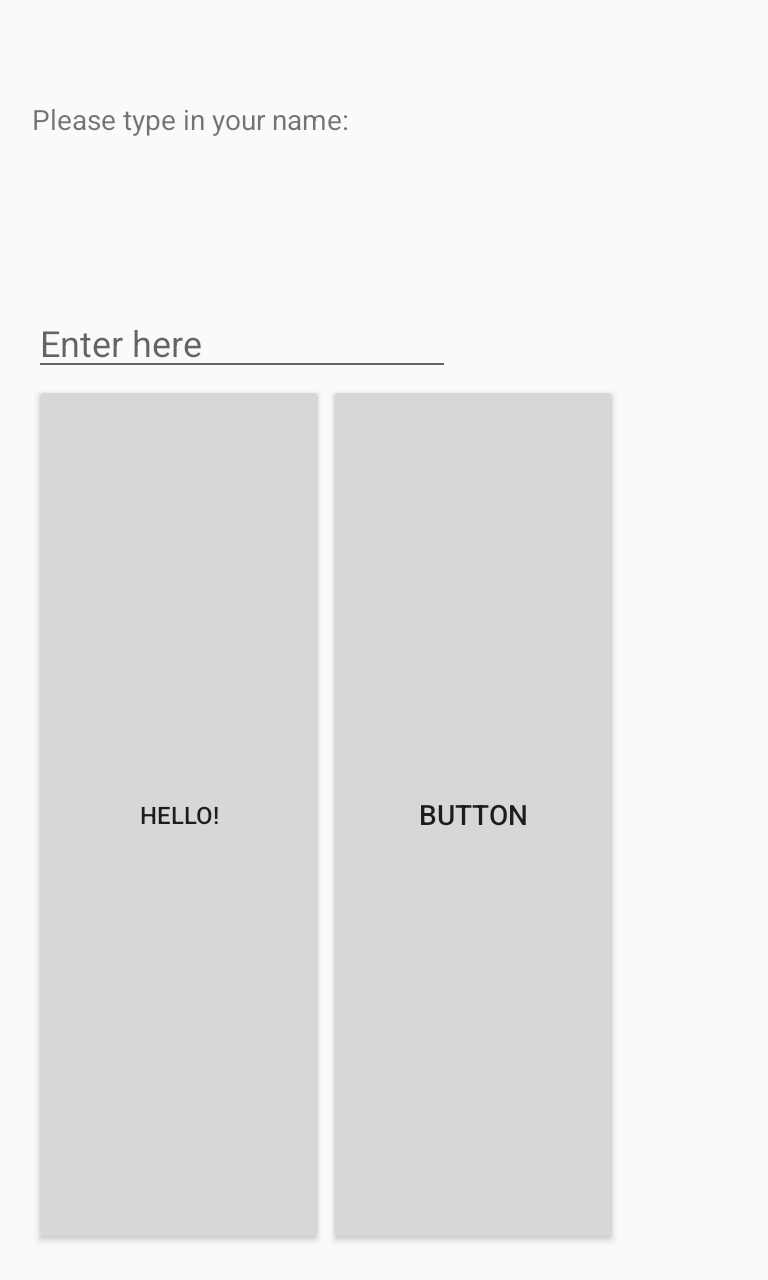
Repository: echolomaniac/HelloWorld
Layout: HelloWorld/res/layout/fragment_main.xml
The author's editor kept a copy of each file at every save. The layout is drawn from the files as they stood at one save, then again after the next save.
It is drawn on a 768 x 1280 px phone screen (xhdpi) without system bars, with theme AppTheme; the app's code is not run.

Above is the layout before, as saved 2014-05-06 05:18:24.

After the next save:
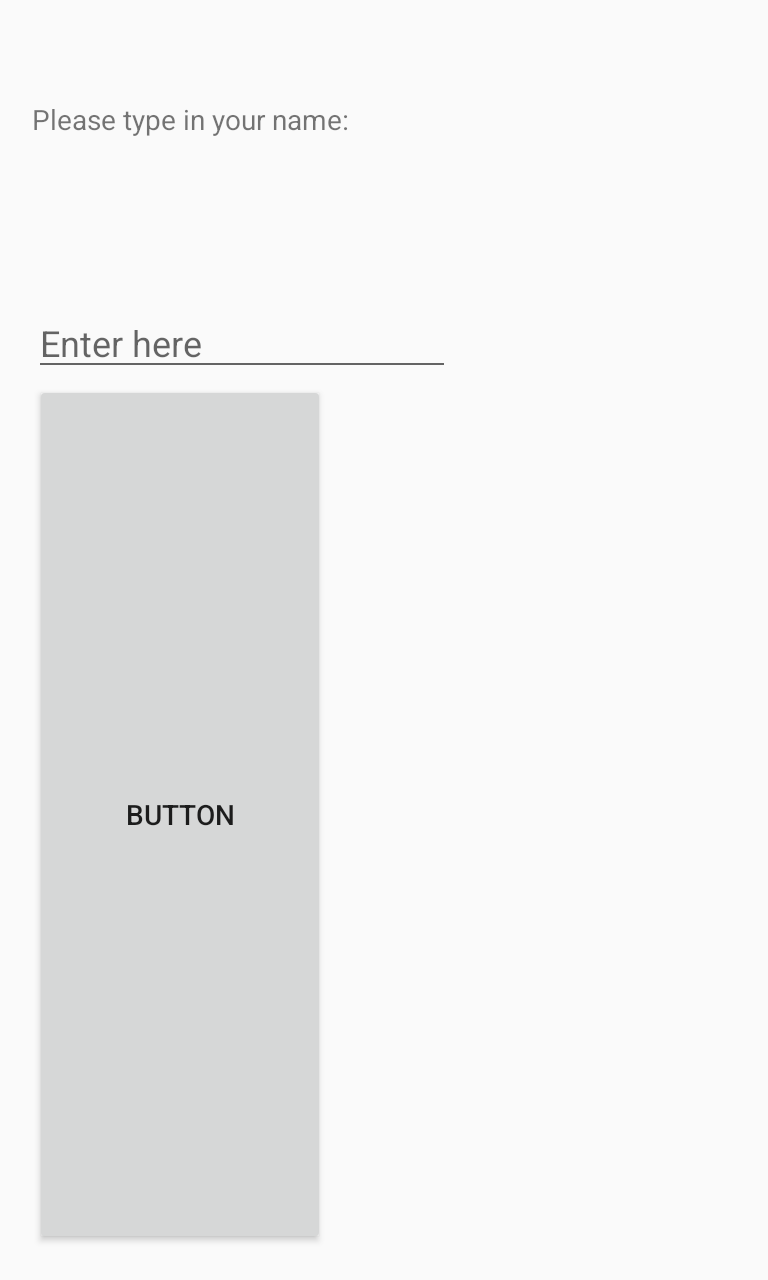
Saved 89 s later.
--- a/HelloWorld/res/layout/fragment_main.xml
+++ b/HelloWorld/res/layout/fragment_main.xml
@@ -37,7 +37,7 @@
 
             <Button
                 android:id="@+id/button1"
-                android:layout_width="147dp"
+                android:layout_width="50%"
                 android:layout_height="match_parent"
                 android:text="@string/hello_button"
                 android:textSize="12sp" />

After the save that followed:
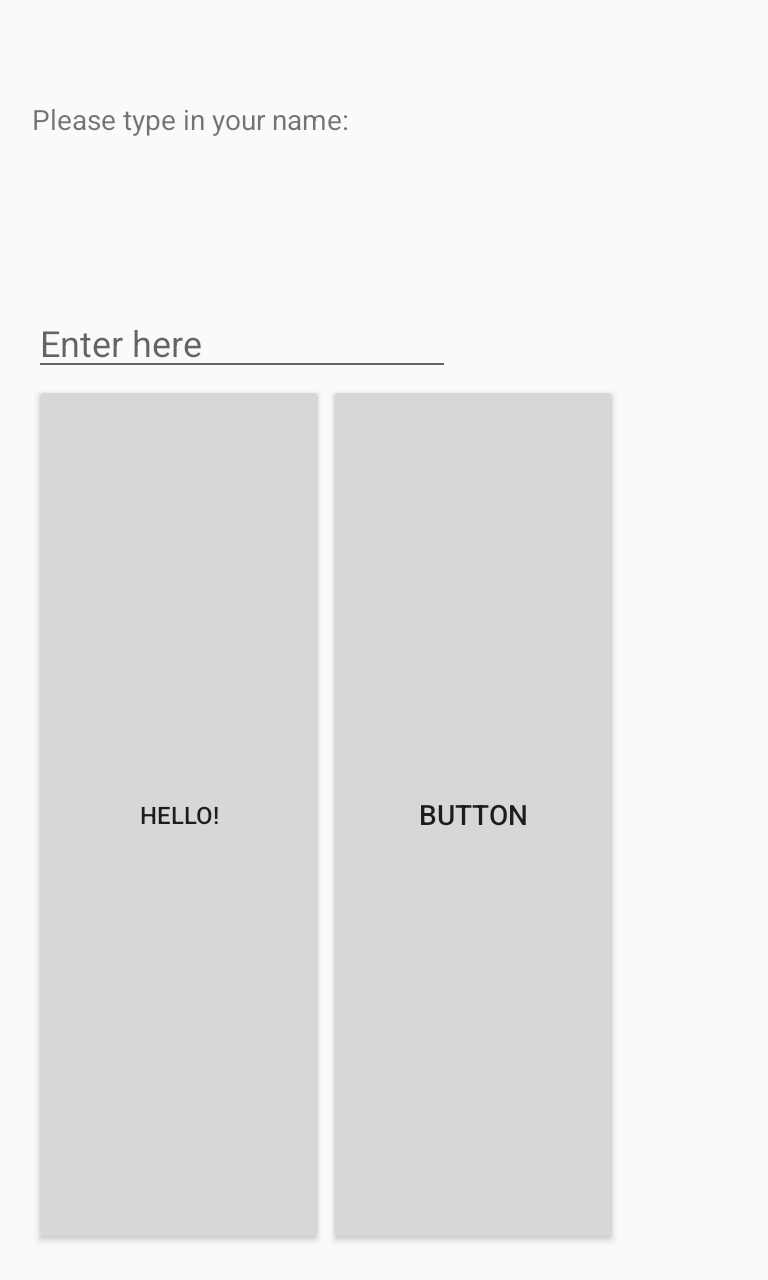
Saved 9 s later.
--- a/HelloWorld/res/layout/fragment_main.xml
+++ b/HelloWorld/res/layout/fragment_main.xml
@@ -37,7 +37,7 @@
 
             <Button
                 android:id="@+id/button1"
-                android:layout_width="50%"
+                android:layout_width="147dp"
                 android:layout_height="match_parent"
                 android:text="@string/hello_button"
                 android:textSize="12sp" />
